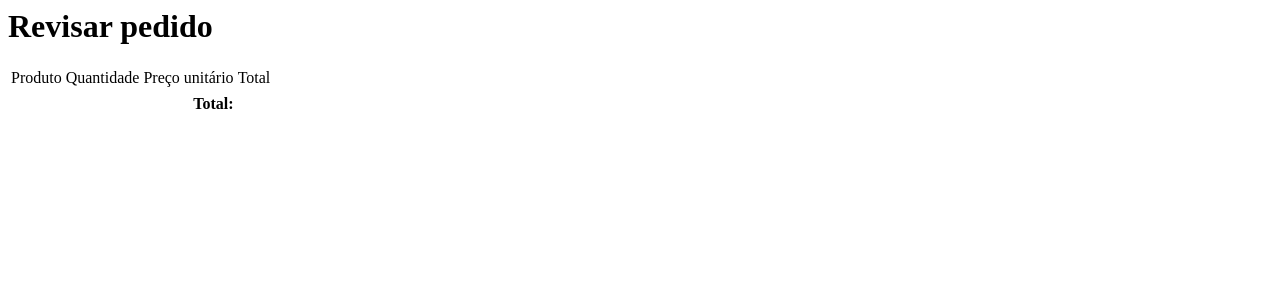
Repository: organicos/organicos.github.io
Page: partials/payments/order_review.html
The author's editor kept a record of every edit. The page is drawn from the files as they stood at one moment, then again after the next edit.
The browser window is 1280 px wide. The pictures show the whole page.

Above is the page before.

### partials/payments/order_review.html
<div class="row background-violet text-white">
    <div class="col-xs-22 col-xs-offset-1">
        <h1>Revisar pedido</h1>

        <table class="table table-condensed">
            <thead>
                <tr>
                    <td>Produto</td>
                    <td align="right">Quantidade</td>
                    <td align="right">Preço unitário</td>
                    <td align="right">Total</td>
                </tr>
            </thead>
            <tbody>
                <tr ng-repeat="product in $storage.basket.products">
                    <td ng-bind="product.name"
                		popover="{{product.dscr}}"
                		popover-title="{{product.name}}"
                		popover-trigger="mouseenter"
                		popover-placement="right"
                		popover-append-to-body="true"
                    ></td>
                    <td ng-bind="product.quantity" align="right"></td>
                    <td ng-bind="product.price | currency:'R$':2" align="right"></td>
                    <td ng-bind="product.quantity*product.price | currency:'R$':2" align="right"></td>
                </tr>
                <tr>
                    <td></td>
                    <td></td>
                    <td align="right"><h4>Total:</h4></td>
                    <td align="right"><h4 ng-bind="$storage.basket.total | currency:'R$':2"></h4></td>
                </tr>
            </tbody>
        </table>

        <p>

        </p>



        <br><br>

    </div>
</div>

After the next edit:
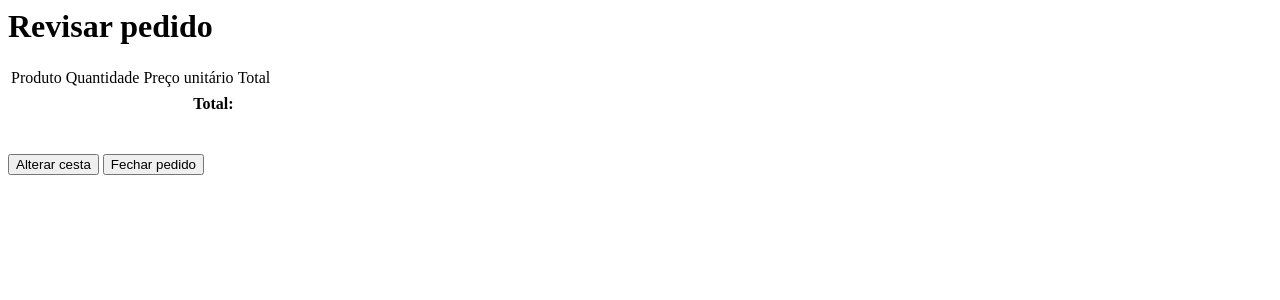
The edit:
--- a/partials/payments/order_review.html
+++ b/partials/payments/order_review.html
@@ -34,12 +34,9 @@
         </table>
 
         <p>
-
+            <button class="btn btn-default">Alterar cesta</button>
+            <button class="btn btn-success pull-right">Fechar pedido</button>
         </p>
-
-
-
-        <br><br>
 
     </div>
 </div>
